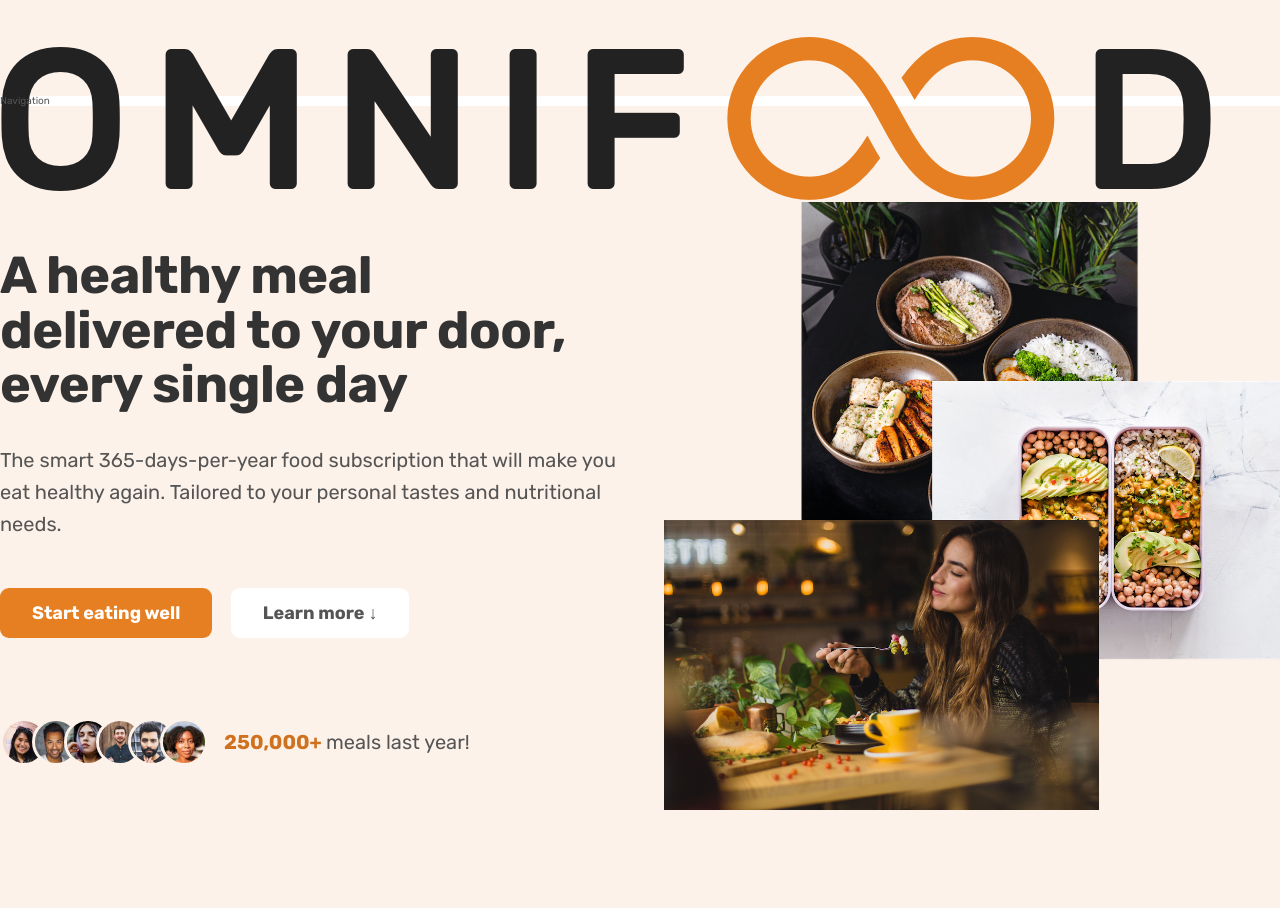
Repository: WefsCao/Omnifood
Page: index.html
The author's editor kept a copy of each file at every save. The page is drawn from the files as they stood at one save, then again after the next save.
The browser window is 1280 px wide. The pictures show the whole page.

Above is the page before, as saved 2022-06-04 14:18:18.

### index.html
<!DOCTYPE html>
<html lang="en">
  <head>
    <meta charset="UTF-8" />
    <meta http-equiv="X-UA-Compatible" content="IE=edge" />
    <meta name="viewport" content="width=device-width, initial-scale=1.0" />

    <link rel="preconnect" href="https://fonts.googleapis.com" />
    <link rel="preconnect" href="https://fonts.gstatic.com" crossorigin />
    <link
      href="https://fonts.googleapis.com/css2?family=Rubik:wght@400;500;600;700&display=swap"
      rel="stylesheet"
    />

    <link rel="stylesheet" href="./css/style.css" />
    <title>Omnifood</title>
  </head>
  <body>
    <header>
      <div class="header">
        <div class="logo">
          <img src="img/omnifood-logo.png" alt="heder of logo" />
        </div>
      </div>
      <nav>Navigation</nav>
    </header>
    <main>
      <section class="section-hero">
        <div class="hero">
          <div class="hero-text-box">
            <h1 class="heading-primary">
              A healthy meal delivered to your door, every single day
            </h1>
            <p class="hero-description">
              The smart 365-days-per-year food subscription that will make you
              eat healthy again. Tailored to your personal tastes and
              nutritional needs.
            </p>
            <a href="#" class="btn btn--full margin-ringht-sm"
              >Start eating well</a
            >
            <a href="#" class="btn btn--outline">Learn more &darr;</a>
            <div class="delivered-meals">
              <div class="delivered-imgs">
                <img src="img/customers/customer-1.jpg" />
                <img src="img/customers/customer-2.jpg" />
                <img src="img/customers/customer-3.jpg" />
                <img src="img/customers/customer-4.jpg" />
                <img src="img/customers/customer-5.jpg" />
                <img src="img/customers/customer-6.jpg" />
              </div>
              <div class="delivered-text">
                <span>250,000+ </span>meals last year!
              </div>
            </div>
          </div>
          <div class="hero-img-box">
            <img src="img/hero.png" alt="Hero of image" class="hero-img" />
          </div>
        </div>
      </section>
    </main>
  </body>
</html>

### css/style.css
/*
--- 01 TYPOGRAPHY
- Font size system (px)
    10 / 12 / 14 / 16 / 18 / 20 / 24 / 30 / 36 / 44 / 52 / 62 / 74 / 86 / 98

- Font weights:
Default: 400

- Line heights:
Default: 1


--- 02 COLOR

- Primary: #e67e22
- Tints: #fdf2e9
- Shades: #cf711f
- Accents:
- Grey:
 #555
 #333

 --- 05 SHADOW

 --- 06 BORDER RADIUS

 --- 07 WHITE SPACES
 - Spacing system (px)
 2 / 4 / 8 / 12 / 16 / 24 / 32 / 48 / 64 / 80 / 96 / 128
*/
html {
  font-size: 62.5%;
}
* {
  margin: 0;
  padding: 0;
  box-sizing: border-box;
}
body {
  font-family: "Rubik", sans-serif;
  color: #555;
  font-weight: 400;
  line-height: 1;
}

/****************************************/
/* GENERAL REUSE COMPONENTS */
/****************************************/
.heading-primary {
  font-size: 5.2rem;
  line-height: 1.05;
  color: #333;
  font-weight: 700;
  letter-spacing: -0.5px;
  margin-bottom: 3.2rem;
}

.btn--full:link,
.btn--full:visited {
  background-color: #e67e22;
  color: #fff;
}
.btn--full:hover,
.btn--full:active {
  background-color: #cf711f;
}
.margin-ringht-sm {
  margin-right: 1.6rem;
}

/****************************************/
/* HEADER */
/****************************************/
.header {
  display: flex;
  align-items: center;
  justify-content: space-between;
  height: 9.6rem;
  background-color: #fdf2e9;
}
.logo {
  height: 2.2rem;
}

/****************************************/
/* HERO */
/****************************************/
.section-hero {
  background-color: #fdf2e9;
  padding: 9.6rem 0;
}

.hero {
  display: grid;
  grid-template-columns: 1fr 1fr;
  gap: 4.8rem;
  align-items: center;
  max-width: 130rem;
  margin: 0 auto;
}

.hero-description {
  font-size: 2rem;
  line-height: 1.6;
  margin-bottom: 4.8rem;
}
.btn:link,
.btn:visited {
  outline: none;
  display: inline-block;
  padding: 1.6rem 3.2rem;
  font-size: 1.8rem;
  font-weight: 700;
  border-radius: 9px;
  text-decoration: none;
  transition: background-color 0.3s;
}

.btn--outline:link,
.btn--outline:visited {
  background-color: #fff;
  color: #555;
}
.btn--outline:hover,
.btn--outline:active {
  background-color: #fdf2e9;
  box-shadow: inset 0 0 0 3px #fff;
}

.delivered-meals {
  display: flex;
  align-items: center;
  gap: 1.6rem;
  margin-top: 8rem;
}
.delivered-imgs {
  display: flex;
}
.delivered-imgs img {
  width: 4.8rem;
  height: 4.8rem;
  border-radius: 50%;
  border: 3px solid #fdf2e9;
  margin-right: -1.6rem;
}
.delivered-imgs img:last-child {
  margin: 0;
}
.delivered-text {
  font-size: 2rem;
}
.delivered-text span {
  font-weight: 700;
  color: #cf711f;
}
.hero-img {
  width: 100%;
}

After the next save:
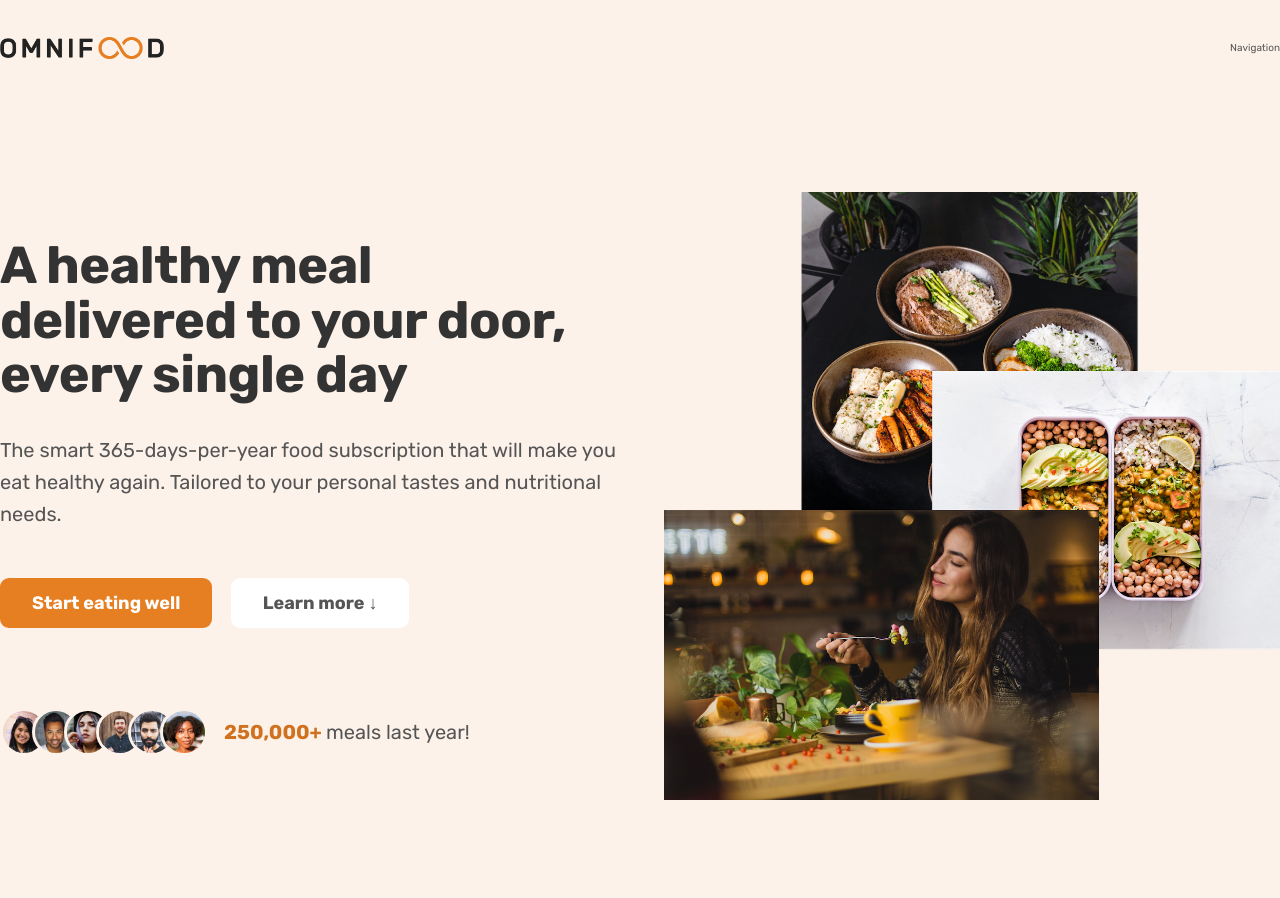
Saved 11 s later.
--- a/index.html
+++ b/index.html
@@ -16,12 +16,9 @@
     <title>Omnifood</title>
   </head>
   <body>
-    <header>
-      <div class="header">
-        <div class="logo">
-          <img src="img/omnifood-logo.png" alt="heder of logo" />
-        </div>
-      </div>
+    <header class="header">
+      <img class="logo" src="img/omnifood-logo.png" alt="heder of logo" />
+
       <nav>Navigation</nav>
     </header>
     <main>
